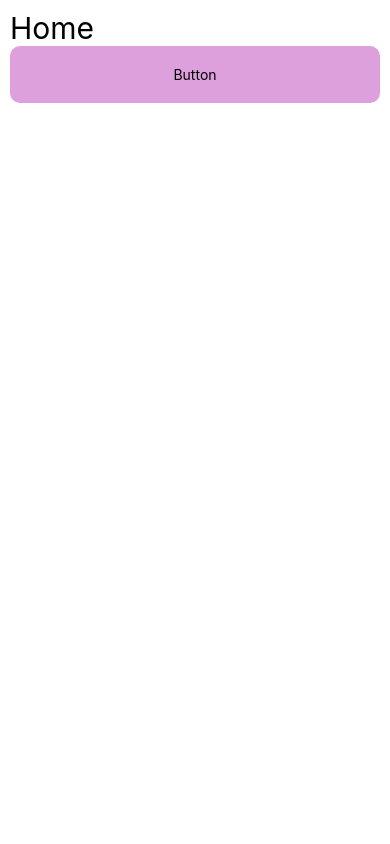
Repository: Kubraaygun/ReactNativeMVVM
Screen: /
The author's editor kept a copy of each file at every save. The screen is drawn from the files as they stood at one save, then again after the next save.
The app was drawn by React Native's web renderer in a window 390 px wide. The project was rebuilt for these pictures with package versions that can differ from the ones it lists, and the page was loaded fresh each time.

Above is the screen before, as saved 2024-12-12 01:08:52.

### App.jsx
//import liraries
import React, {Component} from 'react';
import {View, Text, StyleSheet} from 'react-native';
import Home from './src/screens/home';

// create a component
const App = () => {
  return <Home />;
};

export default App;

### src/screens/home/index.jsx
//import liraries
import React, {Component} from 'react';
import {View, Text, StyleSheet, SafeAreaView} from 'react-native';
import Button from '../../components/ui/button';

// create a component
const Home = () => {
  return (
    <SafeAreaView style={styles.container}>
      <View style={styles.screen}>
        <Text style={{fontSize: 30}}>Home</Text>
        <Button />
      </View>
    </SafeAreaView>
  );
};

// define your styles
const styles = StyleSheet.create({
  container: {
    flex: 1,
    backgroundColor: '#fff',
    padding: 10,
  },
  screen: {
    padding: 10,
    flex: 1,
  },
});

//make this component available to the app
export default Home;

### src/components/ui/button.jsx
//import liraries
import React, {Component} from 'react';
import {View, Text, StyleSheet} from 'react-native';

// create a component
const Button = () => {
  return (
    <View style={styles.container}>
      <Text style={styles.title}>Button</Text>
    </View>
  );
};

// define your styles
const styles = StyleSheet.create({
  container: {
    justifyContent: 'center',
    alignItems: 'center',
    backgroundColor: 'plum',
    padding: 20,
    borderRadius: 10,
  },
  title: {},
});

//make this component available to the app
export default Button;

After the next save:
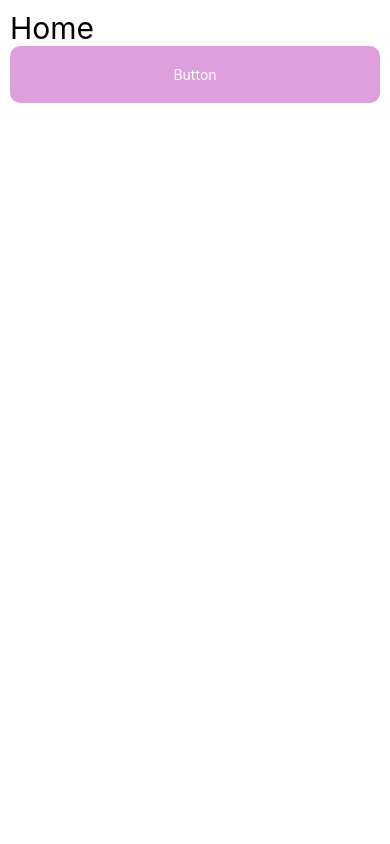
Saved 8 s later.
--- a/src/components/ui/button.jsx
+++ b/src/components/ui/button.jsx
@@ -20,7 +20,9 @@ const styles = StyleSheet.create({
     padding: 20,
     borderRadius: 10,
   },
-  title: {},
+  title: {
+    color: 'white',
+  },
 });
 
 //make this component available to the app
